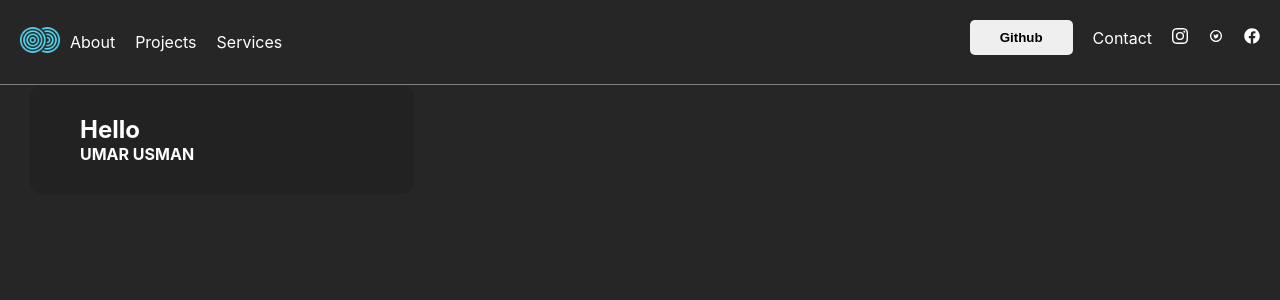
Repository: uh-sman/Portfolio
Page: /
An editor plug-in stored every save of this project. The page is shown before and after the next save, followed by the edit.
The browser window is 1280 px wide. The pictures show the whole page.
The project was rebuilt for these pictures with package versions that can differ from the ones it lists, and the page was loaded fresh each time. Also part of the build but not shown: src/components/repositories.css, src/components/repositories.js, src/components/RepositoriesCard.jsx, src/components/projects.css, src/components/Projects.jsx, src/components/Services.jsx.

Above is the page before, as saved 2022-11-18 23:31:11.

After the next save:
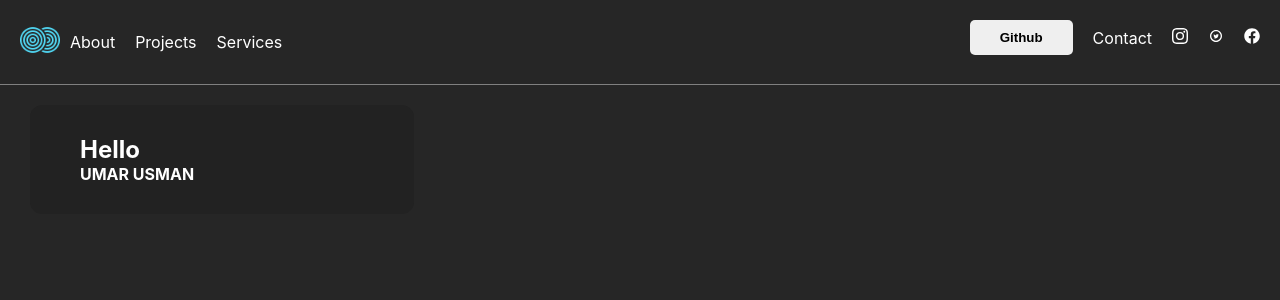
Saved 12 s later.
--- a/src/components/about.css
+++ b/src/components/about.css
@@ -1,5 +1,5 @@
 .introduction {
-  margin-left: 30px;
+  margin: 20px 30px;
   color: white;
   border-radius: 12px;
   display: flex;
